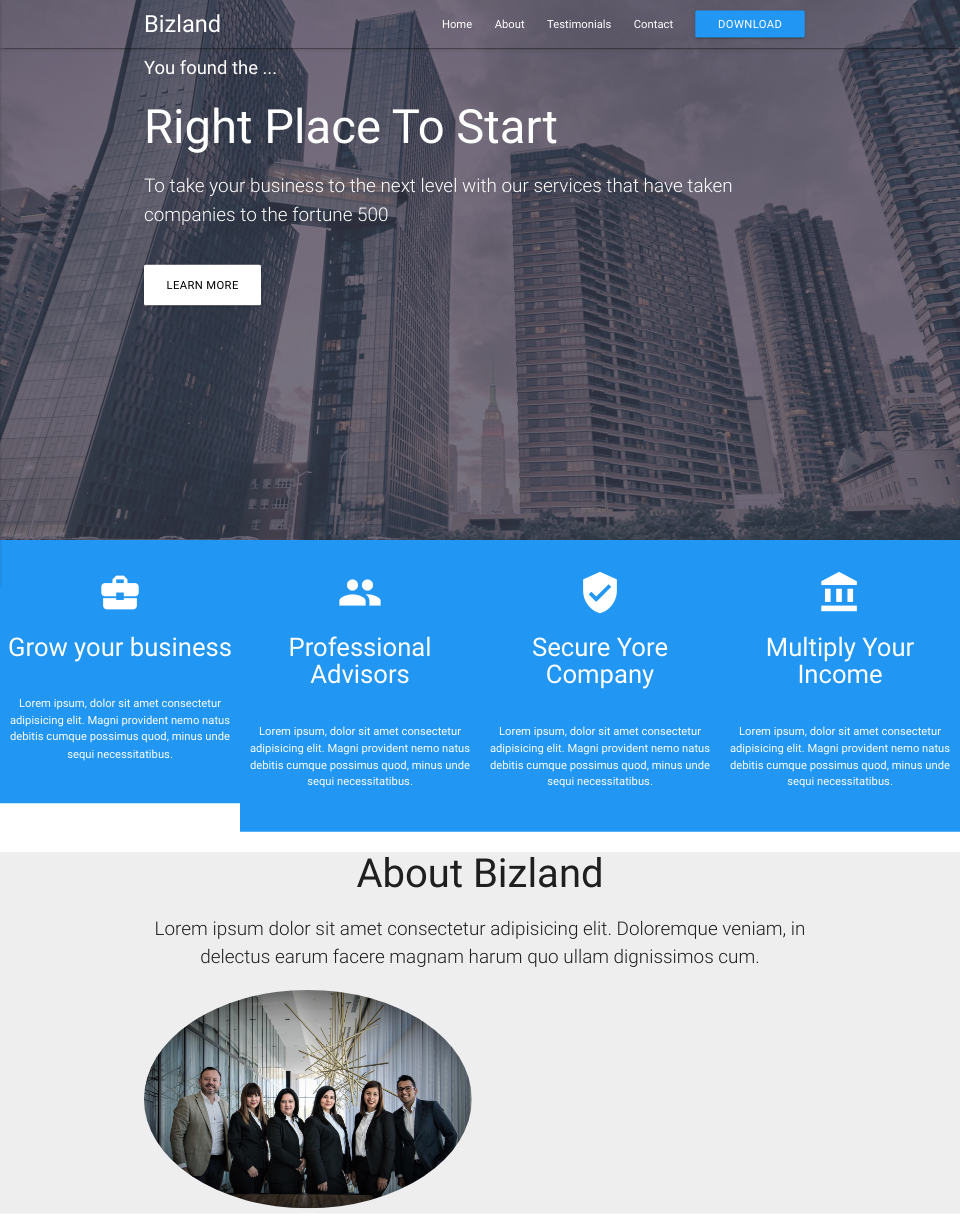
Repository: farrdy/bizland
Page: index.html
An editor plug-in stored every save of this project. The page is shown before and after the next save, followed by the edit.
The browser window is 1280 px wide. The pictures show the whole page, at 75% of full size.
Some web libraries are served in a nearby version.

Above is the page before, as saved 2020-01-05 13:36:59.

After the next save:
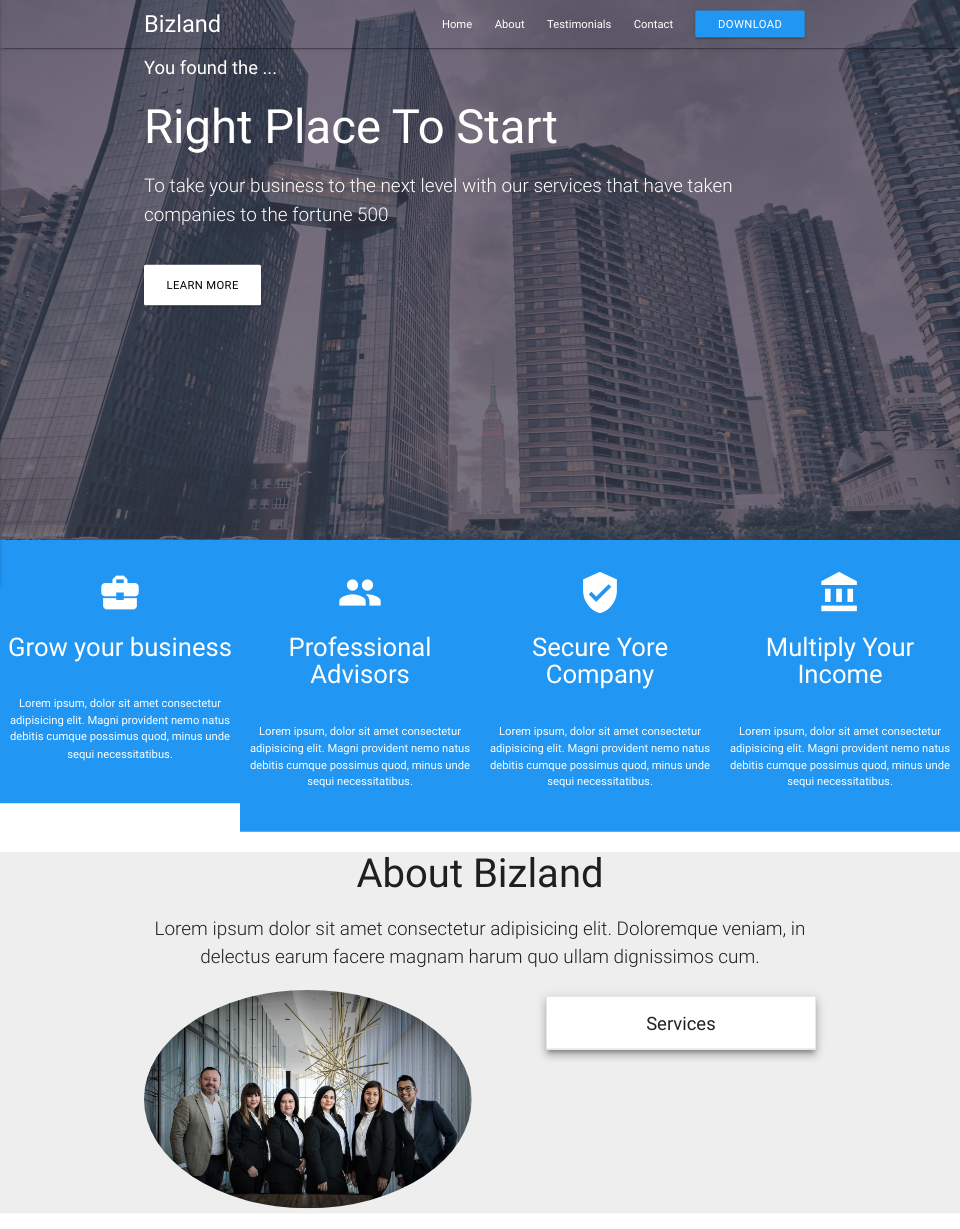
Saved 2 min 53 s later.
--- a/index.html
+++ b/index.html
@@ -148,7 +148,13 @@
           <div class="col s12 m6">
             <img src="img/people.jpg" alt="" class="responsive-img circle" />
           </div>
-          <div class="col s12 m6"></div>
+          <div class="col s12 m5 offset-m1">
+            <ul class="collection with-header z-depth-4">
+              <li class="collection-header">
+                <h5>Services</h5>
+              </li>
+            </ul>
+          </div>
         </div>
       </div>
     </section>
